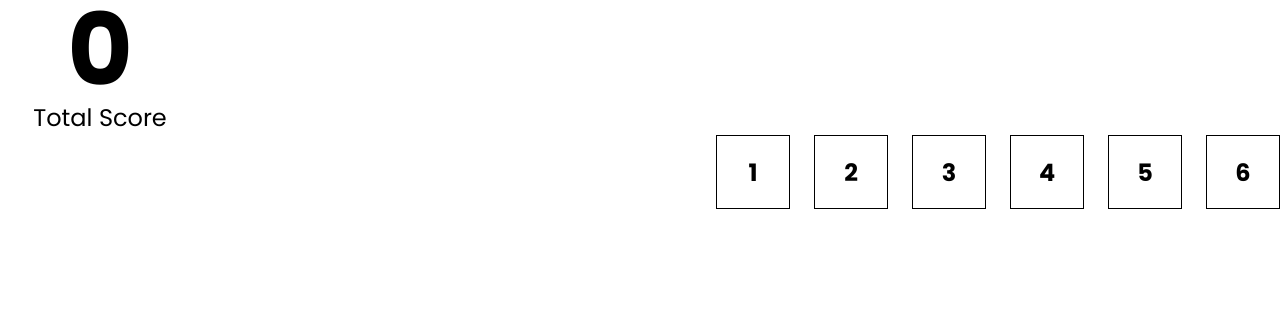
Repository: Wahid137/react-project-three
Page: /, after clicking the first element matching `button.sc-bRKDuR`
An editor plug-in stored every save of this project. The page is shown before and after the next save, followed by the edit.
The browser window is 1280 px wide. The pictures show the whole page.
The project was rebuilt for these pictures with package versions that can differ from the ones it lists, and the page was loaded fresh each time. Also part of the build but not shown: vite.config.js.

Above is the page before, as saved 2023-08-26 13:25:48.

### index.html
<!doctype html>
<html lang="en">
  <head>
    <meta charset="UTF-8" />
    <link rel="icon" type="image/svg+xml" href="/vite.svg" />
    <meta name="viewport" content="width=device-width, initial-scale=1.0" />
    <title>Dice Games</title>
  </head>
  <body>
    <div id="root"></div>
    <script type="module" src="/src/main.jsx"></script>
  </body>
</html>

### src/components/StartGame.jsx
import styled from "styled-components";
import dices from "../../public/images/dice/dices.png";
import { Button } from "../styled/Button";
const StartGame = ({ toggle }) => {
  return (
    <Container>
      <div>
        <img src={dices} alt="" />
      </div>
      <div className="content">
        <h1>Dice Game</h1>
        <div className="btn">
          <Button onClick={toggle}>Play Now</Button>
        </div>
      </div>
    </Container>
  );
};

export default StartGame;

const Container = styled.div`
  max-width: 1180px;
  height: 100vh;
  display: flex;
  margin: 0 auto;
  align-items: center;
  .content {
    h1 {
      font-size: 96px;
      white-space: nowrap;
    }
    .btn {
      text-align: end;
    }
  }
`;

### src/components/GamePlay.jsx
import { styled } from "styled-components";
import TotalScore from "./TotalScore";
import NumberSelector from "./NumberSelector";

const GamePlay = () => {
  return (
    <MainContainer>
      <div className="top-section">
        <TotalScore />
        <NumberSelector />
      </div>
    </MainContainer>
  );
};

export default GamePlay;

const MainContainer = styled.div``;

### src/styled/Button.js



import styled from "styled-components";

export const Button = styled.button`
  color: white;
  padding: 10px 18px;
  background: #000000;
  border-radius: 5px;
  min-width: 220px;
  border: none;
  font-size: 16px;
  border: 1px solid transparent;
  cursor: pointer;
  transition: 0.3s ease-in;
  &:hover {
    background-color: white;
    border: 1px solid black;
    color: black;
    transition: 0.4s ease-in;
  }
`;
export const OutlineButton = styled(Button)`
  background-color: white;
  border: 1px solid black;
  color: black;
  &:hover {
    background-color: black;
    border: 1px solid transparent;
    color: white;
  }
`;

### src/components/TotalScore.jsx
import { styled } from "styled-components";

const TotalScore = () => {
  return (
    <ScoreContainer>
      <h1>0</h1>
      <p>Total Score</p>
    </ScoreContainer>
  );
};

export default TotalScore;

const ScoreContainer = styled.div`
  max-width: 200px;
  text-align: center;
  h1 {
    font-size: 100px;
    line-height: 100px;
  }
  p {
    font-size: 24px;
    font-weight: 500px;
  }
`;

### src/components/NumberSelector.jsx
import { styled } from "styled-components";

const NumberSelector = ({
  setError,
  error,
  selectedNumber,
  setSelectedNumber,
}) => {
  const arrNumber = [1, 2, 3, 4, 5, 6];

  const numberSelectorHandler = (value) => {
    setSelectedNumber(value);
  };

  return (
    <NumberSelectorContainer>
      <p className="error">{error}</p>
      <div className="flex">
        {arrNumber.map((value, i) => (
          <Box
            key={i}
            isSelected={value === selectedNumber}
            onClick={() => numberSelectorHandler(value)}
          >
            {value}
          </Box>
        ))}
      </div>
    </NumberSelectorContainer>
  );
};

export default NumberSelector;

const NumberSelectorContainer = styled.div`
  display: flex;
  flex-direction: column;
  align-items: end;
  .flex {
    display: flex;
    gap: 24px;
  }
  p {
    font-size: 24px;
    font-weight: 700px;
  }
  .error {
    color: red;
  }
`;

const Box = styled.div`
  height: 72px;
  width: 72px;
  border: 1px solid black;
  display: grid;
  place-items: center;
  font-size: 24px;
  font-weight: 700;
  background-color: ${(props) => (props.isSelected ? "black" : "white")};
  color: ${(props) => (!props.isSelected ? "black" : "white")};
`;

Loaded but not shown: src/main.jsx (common file); src/App.jsx (common file); src/index.css (common file)

After the next save:
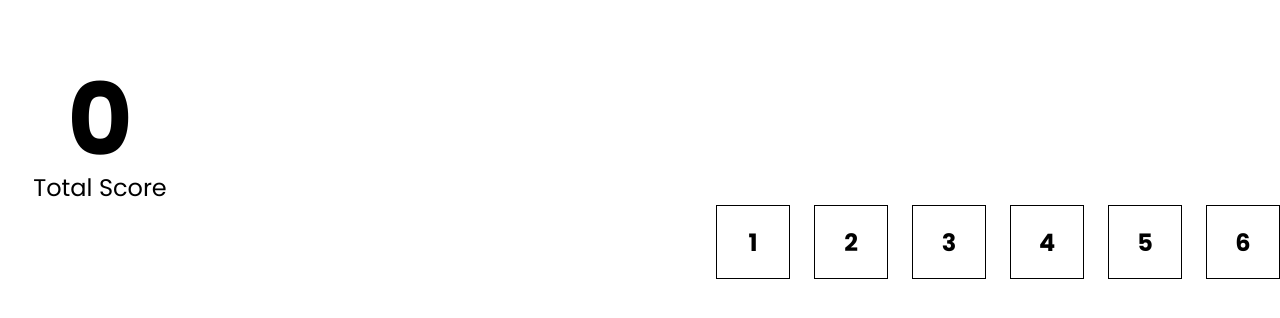
Saved 2 min 4 s later.
--- a/src/components/GamePlay.jsx
+++ b/src/components/GamePlay.jsx
@@ -15,4 +15,20 @@
 
 export default GamePlay;
 
-const MainContainer = styled.div``;
+const MainContainer = styled.main`
+  padding-top: 70px;
+  .top_section {
+    display: flex;
+    justify-content: space-around;
+    align-items: end;
+  }
+  .btns {
+    margin-top: 40px;
+    gap: 10px;
+    display: flex;
+    flex-direction: column;
+    align-items: center;
+    justify-content: center;
+    gap: 10px;
+  }
+`;
